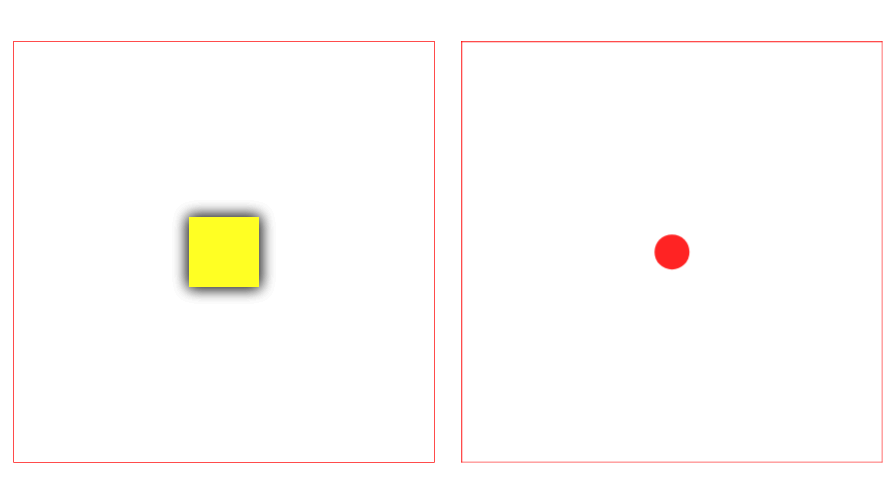
Repository: randgars/game
Page: index.html
An editor plug-in stored every save of this project. The page is shown before and after the next save, followed by the edit.
The browser window is 1280 px wide. The pictures show the part of the page from y = 0 to 1920 px (the page is 720 px tall before and 6160 px after), at 70% of full size.

Above is the page before, as saved 2017-09-29 12:55:36.

### index.html
<!DOCTYPE html>
<html lang="en">
<head>
    <meta charset="UTF-8">
    <meta name="viewport" content="width=device-width, initial-scale=1.0">
    <meta http-equiv="X-UA-Compatible" content="ie=edge">
    <title>Document</title>
    <link rel="stylesheet" href="./style.css">
    <script type="text/javascript" src="./index.js"></script>
</head>
<body>
    <div class="wrapper">
        <div class="square first"></div>
        <div class="square second"></div>
        <div class="square third"></div>
        <div class="square fourth"></div>
    </div>

    <div id="wrapper" class="wrapper">
        <div id="circle" class="circle"></div>
    </div>

    <div class="coordinates">
        <span id="x"></span>
        <span id="y"></span>
        <span id="x2"></span>
        <span id="y2"></span>
    </div>
</body>
</html>

### style.css
body {
    padding: 0;
    margin: 0;
    display: flex;
    justify-content: space-around;
    align-items: center;
    height: 100vh;
}
.wrapper {
    position: relative;
    width: 600px;
    height: 600px;
    border: solid 1px red;
}
.square {
    height: 100px;
    width: 100px;
    box-shadow: 0 0 20px rgba(0, 0, 0, .4);
    position: absolute;
    top: calc(50% - 50px);
    left: calc(50% - 50px);
}
.first {
    animation-name: first;
    animation-duration: 5s;
    animation-iteration-count: infinite;
    animation-timing-function: linear;
    background-color: rgba(35, 255, 35, 1);
}
.second {
    animation-name: second;
    animation-duration: 5s;
    animation-iteration-count: infinite;
    animation-timing-function: linear;
    background-color: rgba(35, 35, 255, 1);
}
.third {
    animation-name: third;
    animation-duration: 5s;
    animation-iteration-count: infinite;
    animation-timing-function: linear;
    background-color: rgb(255, 35, 35);
}
.fourth {
    animation-name: fourth;
    animation-duration: 5s;
    animation-iteration-count: infinite;
    animation-timing-function: linear;
    background-color: rgba(255, 255, 35, 1);
}

.first:hover, .second:hover, .third:hover, .fourth:hoer {
    animation-play-state: paused;
}

@keyframes first {
    from {
        transform: rotate(360deg);
    }
    25% {
        background-color: rgba(35, 35, 255, 1);
    }
    50% {
        top: calc(0% - 50px);
        left: calc(0% - 50px);
        background-color: rgb(255, 35, 35);
    }
    75% {
        background-color: rgba(255, 255, 35, 1);
    }
    to {
        transform: rotate(0deg);
    }
}
@keyframes second {
    from {
        transform: rotate(0deg);
    }
    25% {
        background-color: rgb(255, 35, 35);
    }
    50% {
        top: calc(0% - 50px);
        left: calc(100% - 50px);
        background-color: rgba(255, 255, 35, 1);
    }
    75% {
        background-color: rgba(35, 255, 35, 1);
    }
    to {
        transform: rotate(360deg);
    }
}
@keyframes third {
    from {
        transform: rotate(360deg);
    }
    25% {
        background-color: rgba(255, 255, 35, 1);
    }
    50% {
        top: calc(100% - 50px);
        left: calc(100% - 50px);
        background-color: rgba(35, 255, 35, 1);
    }
    75% {
        background-color: rgba(35, 35, 255, 1);
    }
    to {
        transform: rotate(0deg);
    }
}
@keyframes fourth {
    from {
        transform: rotate(0deg);
    }
    25% {
        background-color: rgba(35, 255, 35, 1);
    }
    50% {
        top: calc(100% - 50px);
        left: calc(0% - 50px);
        background-color: rgba(35, 35, 255, 1);
    }
    75% {
        background-color: rgb(255, 35, 35);
    }
    to {
        transform: rotate(360deg);
    }
}

.circle {
    border-radius: 100%;
    background-color: rgb(255, 35, 35);
    position: absolute;
    top: calc(50% - 25px);
    left: calc(50% - 25px);
    width: 50px;
    height: 50px;
}
.coordinates {
    display: flex;
    flex-direction: column;
    position: fixed;
    right: 50px;
    top: 50px;
}

### index.js
var elem;
window.onload = function() {
    elem = document.getElementById("wrapper");
    elem.addEventListener("mousemove", mouseMove, true);
}

function mouseMove(event) {
    var x = event.clientX - elem.offsetLeft;
    var y = event.clientY - elem.offsetTop;

    var circle = document.getElementById("circle");
    // debugger
    if (x < 0 || x > elem.clientWidth || y < 0 || y > elem.clientHeight) {
        circle.style.left = "calc(50% - 25px)";
        circle.style.top = "calc(50% - 25px)";
    } else {
        circle.style.left = x - 25 + "px";
        circle.style.top = y - 25 + "px";
    }

    document.getElementById('x2').innerHTML="x: " + x;
    document.getElementById('y2').innerHTML="y: " + y;
}

After the next save:
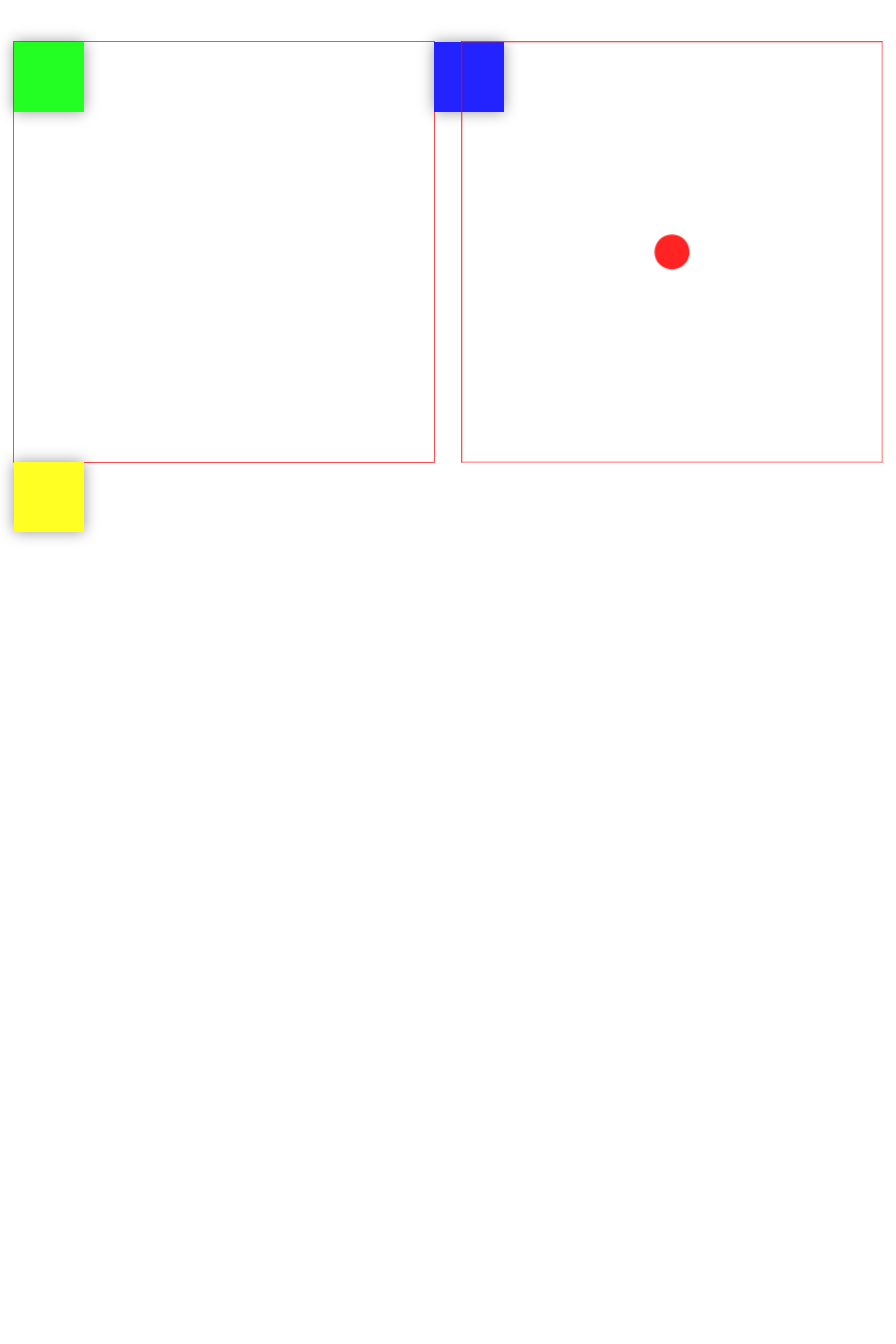
Saved 2 h 5 min later.
--- a/style.css
+++ b/style.css
@@ -17,8 +17,6 @@ body {
     width: 100px;
     box-shadow: 0 0 20px rgba(0, 0, 0, .4);
     position: absolute;
-    top: calc(50% - 50px);
-    left: calc(50% - 50px);
 }
 .first {
     animation-name: first;
@@ -26,6 +24,8 @@ body {
     animation-iteration-count: infinite;
     animation-timing-function: linear;
     background-color: rgba(35, 255, 35, 1);
+    top: 0%;
+    left: 0%;
 }
 .second {
     animation-name: second;
@@ -33,6 +33,8 @@ body {
     animation-iteration-count: infinite;
     animation-timing-function: linear;
     background-color: rgba(35, 35, 255, 1);
+    top: 0%;
+    left: 100%;
 }
 .third {
     animation-name: third;
@@ -40,6 +42,8 @@ body {
     animation-iteration-count: infinite;
     animation-timing-function: linear;
     background-color: rgb(255, 35, 35);
+    top: 1000%;
+    left: 100%;
 }
 .fourth {
     animation-name: fourth;
@@ -47,6 +51,8 @@ body {
     animation-iteration-count: infinite;
     animation-timing-function: linear;
     background-color: rgba(255, 255, 35, 1);
+    top: 100%;
+    left: 0%;
 }
 
 .first:hover, .second:hover, .third:hover, .fourth:hoer {
@@ -61,8 +67,8 @@ body {
         background-color: rgba(35, 35, 255, 1);
     }
     50% {
-        top: calc(0% - 50px);
-        left: calc(0% - 50px);
+        top: 100%;
+        left: 100%;
         background-color: rgb(255, 35, 35);
     }
     75% {
@@ -80,8 +86,8 @@ body {
         background-color: rgb(255, 35, 35);
     }
     50% {
-        top: calc(0% - 50px);
-        left: calc(100% - 50px);
+        top: 100%;
+        left: 0%;
         background-color: rgba(255, 255, 35, 1);
     }
     75% {
@@ -99,8 +105,8 @@ body {
         background-color: rgba(255, 255, 35, 1);
     }
     50% {
-        top: calc(100% - 50px);
-        left: calc(100% - 50px);
+        top: 0%;
+        left: 0%;
         background-color: rgba(35, 255, 35, 1);
     }
     75% {
@@ -118,8 +124,8 @@ body {
         background-color: rgba(35, 255, 35, 1);
     }
     50% {
-        top: calc(100% - 50px);
-        left: calc(0% - 50px);
+        top: 0%;
+        left: 100%;
         background-color: rgba(35, 35, 255, 1);
     }
     75% {
